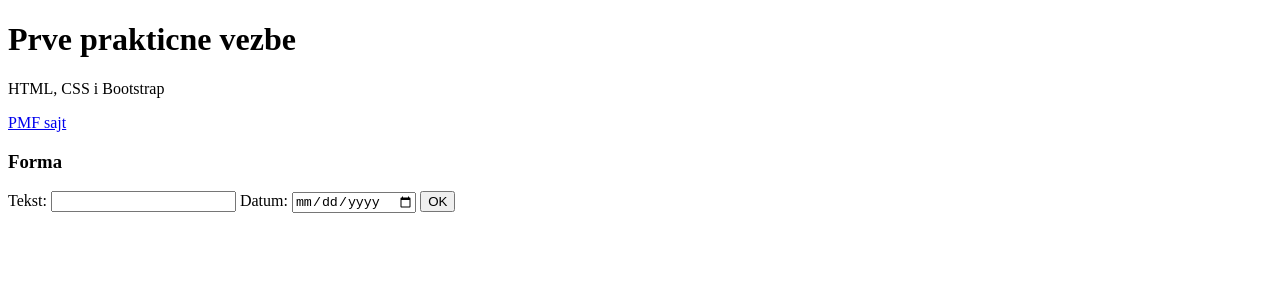
Repository: bojanludajic/Razvoj-Informacionih-Sistema
Page: Vezbe1/src/main/webapp/index.html
These files come from the project's save history. The page is drawn as it stood at one moment and after the next save; the edit follows.
The browser window is 1280 px wide. The pictures show the whole page.

Above is the page before, as saved 2024-10-22 11:36:20.

After the next save:
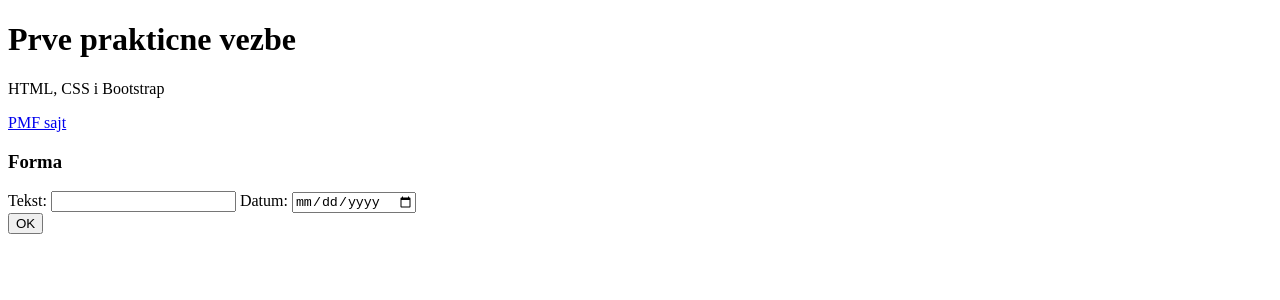
Saved 5 s later.
--- a/Vezbe1/src/main/webapp/index.html
+++ b/Vezbe1/src/main/webapp/index.html
@@ -13,7 +13,7 @@
 <h3>Forma</h3>
 <form>
 	Tekst: <input type="text">
-	Datum: <input type="date">
+	Datum: <input type="date"><br>
 	<input type="submit" value="OK">
 </form>
 </body>

After the save that followed:
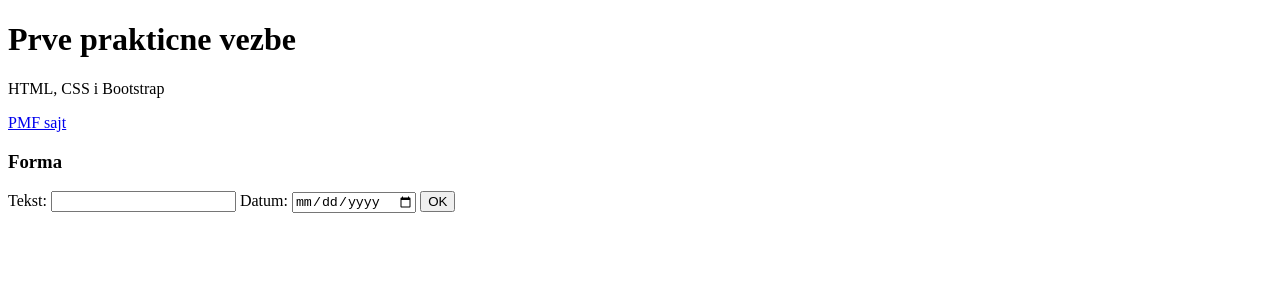
Saved 7 s later.
--- a/Vezbe1/src/main/webapp/index.html
+++ b/Vezbe1/src/main/webapp/index.html
@@ -13,7 +13,7 @@
 <h3>Forma</h3>
 <form>
 	Tekst: <input type="text">
-	Datum: <input type="date"><br>
+	Datum: <input type="date">
 	<input type="submit" value="OK">
 </form>
 </body>
